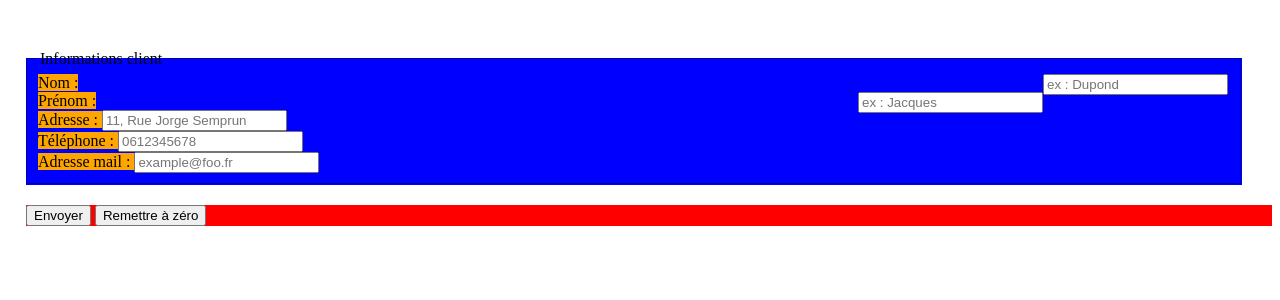
Repository: big73/NFE114
Page: http://localhost/Seance4-step1/
These files come from the project's save history. The page is drawn as it stood at one moment and after the next save; the edit follows.
The browser window is 1280 px wide. The pictures show the whole page.
The page is served by Tomcat 9. Other server files are loaded and not shown.

Above is the page before, as saved 2015-12-30 14:41:04.

### Seance4-step1/WebContent/formClient.jsp
<%@ page language="java" contentType="text/html; charset=UTF-8"
    pageEncoding="UTF-8"%>
<!DOCTYPE html PUBLIC "-//W3C//DTD HTML 4.01 Transitional//EN" "http://www.w3.org/TR/html4/loose.dtd">
<html>
<head>
<meta http-equiv="Content-Type" content="text/html; charset=UTF-8">
<title>Insert title here</title>
<link rel="stylesheet" href="css/style.css">
</head>
<body>

	<form>
		<fieldset>
		<legend>Informations client</legend>

			<label>Nom : </label>
			<input class="saisie" type="text" placeholder="ex : Dupond" name="nom"><br>

			<label>Prénom : </label>
			<input class="saisie" type="text" placeholder="ex : Jacques" name="prenom"><br>

			<label>Adresse : </label>
			<input type="text" placeholder="11, Rue Jorge Semprun" name="adresse"><br>

			<label>Téléphone : </label>
			<input type="text" placeholder="0612345678" name="phone"><br>

			<label>Adresse mail : </label>
			<input type="text" placeholder="example@foo.fr" name="mail"><br>
		</fieldset>

		<div class="actionneur">
			<input type="submit" value="Envoyer">
			<input type="reset" value="Remettre à zéro">
		</div>
	</form>

</body>
</html>

### Seance4-step1/WebContent/WEB-INF/taglibs.jsp
<%@ page language="java" contentType="text/html; charset=UTF-8" pageEncoding="UTF-8"%>
<%@ taglib uri="http://java.sun.com/jsp/jstl/core" prefix="c" %>
<%@ taglib uri="http://java.sun.com/jsp/jstl/functions" prefix="fn" %>
<!DOCTYPE html PUBLIC "-//W3C//DTD HTML 4.01 Transitional//EN" "http://www.w3.org/TR/html4/loose.dtd">
<html>
<head>
<meta http-equiv="Content-Type" content="text/html; charset=UTF-8">
<title>Taglibs Repo</title>
</head>
<body>

</body>
</html>

### Seance4-step1/WebContent/css/style.css
.actionneur
{
	margin-left : 18px;
	background-color: red;
}

fieldset {
    border-color: blue;
    margin-top : 50px;
    margin-left : 18px;
    margin-right : 30px;
    margin-bottom : 20px;

    padding-left : 10px;
    background-color: blue;
}



.saisie
{
	float : right;
}

label
{
	background-color: orange;
}

After the next save:
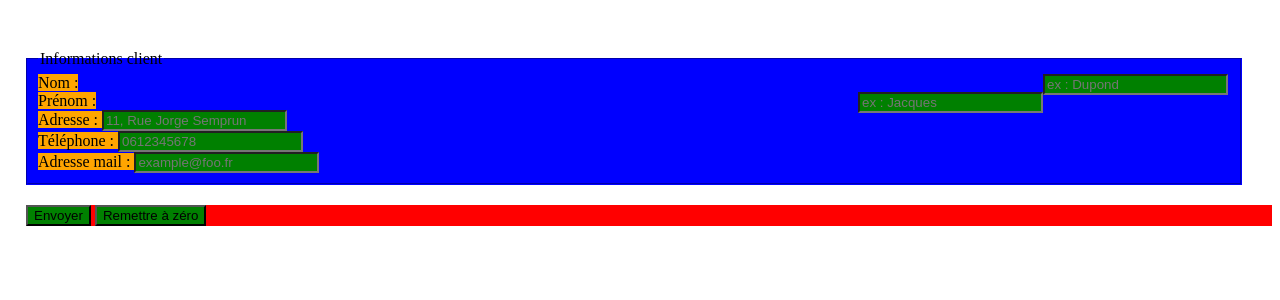
Saved 30 s later.
--- a/Seance4-step1/WebContent/css/style.css
+++ b/Seance4-step1/WebContent/css/style.css
@@ -15,7 +15,11 @@ fieldset {
     background-color: blue;
 }
 
+input
+{
 
+    background-color: green;
+}
 
 .saisie
 {
